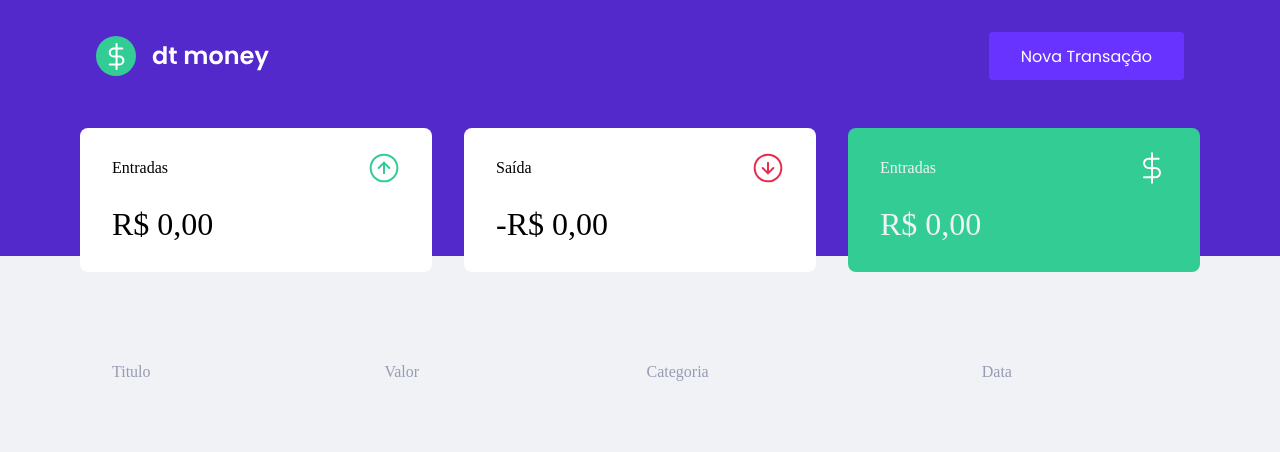
Repository: viniciusfg05/vlmoney
Page: /
An editor plug-in stored every save of this project. The page is shown before and after the next save, followed by the edit.
The browser window is 1280 px wide. The pictures show the whole page.
The page's requests for data from a server got no answer. The project was rebuilt for these pictures with package versions that can differ from the ones it lists, and the page was loaded fresh each time. No one was signed in, and anything a server would have sent is missing.

Above is the page before, as saved 2022-02-24 15:31:21.

After the next save:
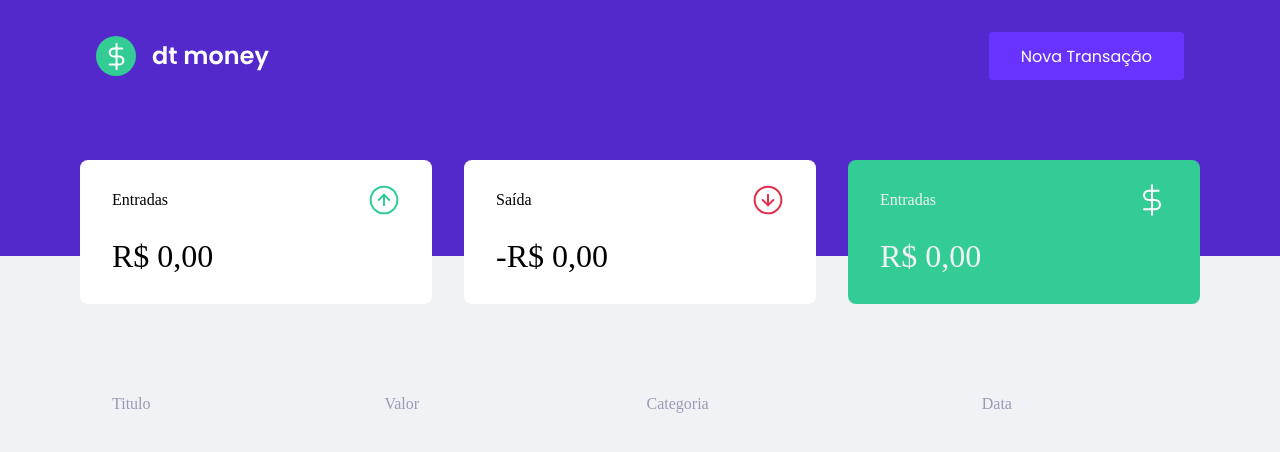
Saved 40 s later.
--- a/src/components/summary/styles.ts
+++ b/src/components/summary/styles.ts
@@ -4,7 +4,7 @@ import styled from "styled-components";
   display: grid;
   grid-template-columns: repeat(3, 1fr);
   gap: 2rem;
-  margin-top: -8rem;
+  margin-top: -6rem;
 
   div{
     background: var(--shape);
